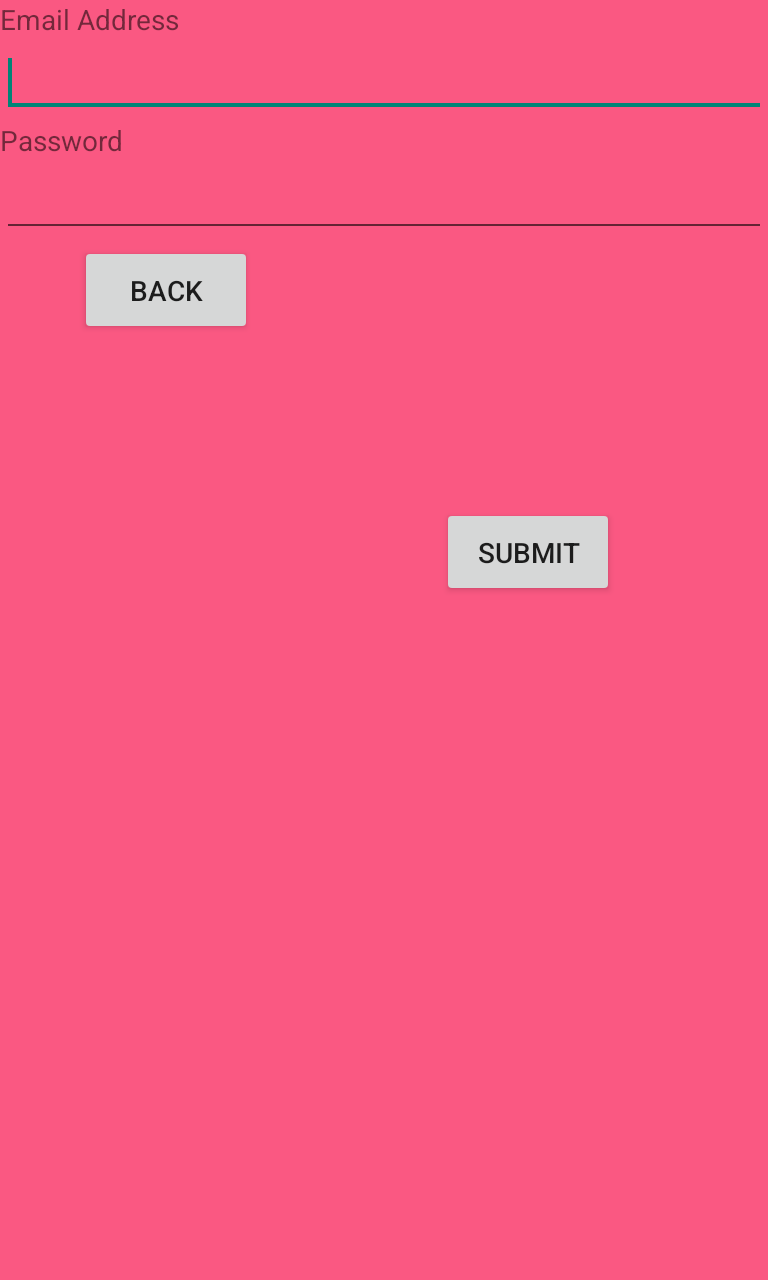
Repository: Clarenaliaka/code-challenge
Layout: ModernMum/res/layout/login.xml
The author's editor kept a copy of each file at every save. The layout is drawn from the files as they stood at one save, then again after the next save.
It is drawn on a 768 x 1280 px phone screen (xhdpi) without system bars, with theme AppTheme; the app's code is not run.

Above is the layout before, as saved 2014-07-31 10:36:39.

After the next save:
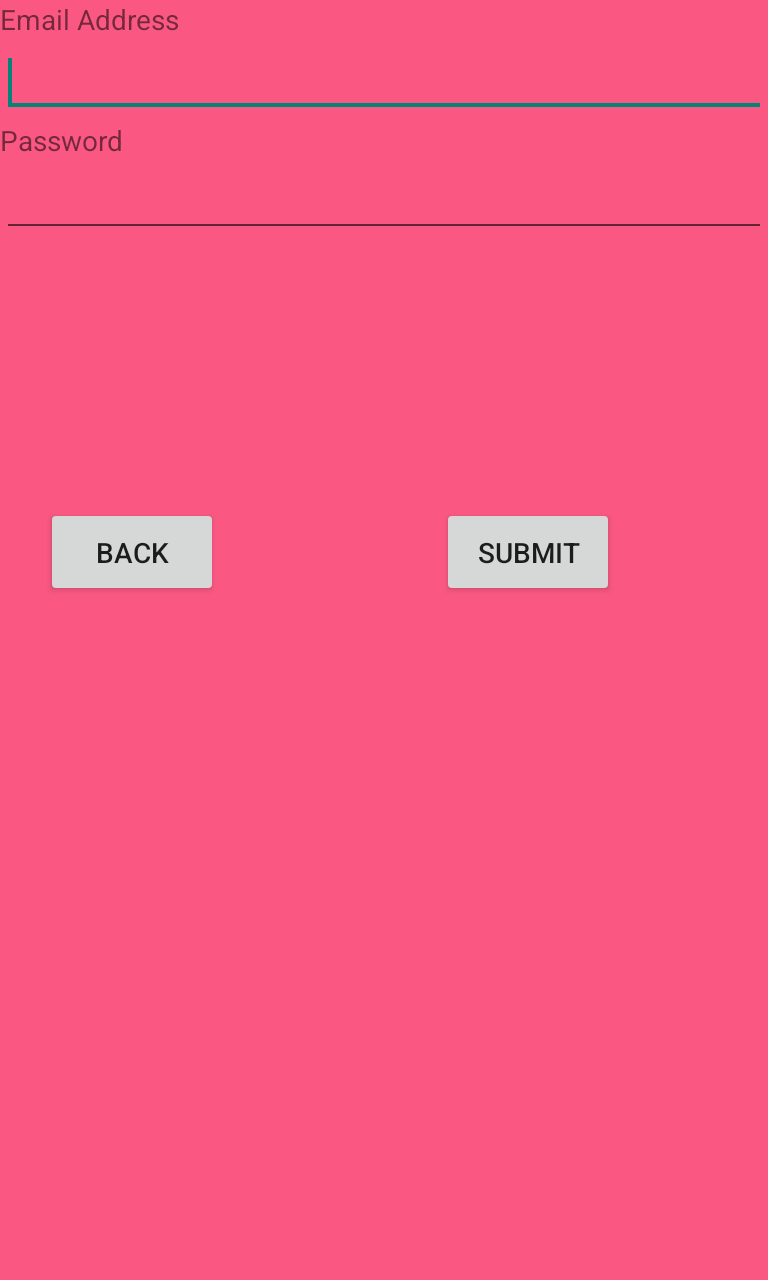
Saved 82 s later.
--- a/ModernMum/res/layout/login.xml
+++ b/ModernMum/res/layout/login.xml
@@ -54,10 +54,10 @@
         android:id="@+id/btnlogback"
         android:layout_width="wrap_content"
         android:layout_height="wrap_content"
-        android:layout_alignBaseline="@+id/button2"
-        android:layout_alignBottom="@+id/button2"
+        android:layout_alignBaseline="@+id/btnlogsubmit"
+        android:layout_alignBottom="@+id/btnlogsubmit"
         android:layout_alignParentLeft="true"
-        android:layout_marginLeft="39dp"
+        android:layout_marginLeft="22dp"
         android:text="@string/btnback" />
 
     </RelativeLayout>
